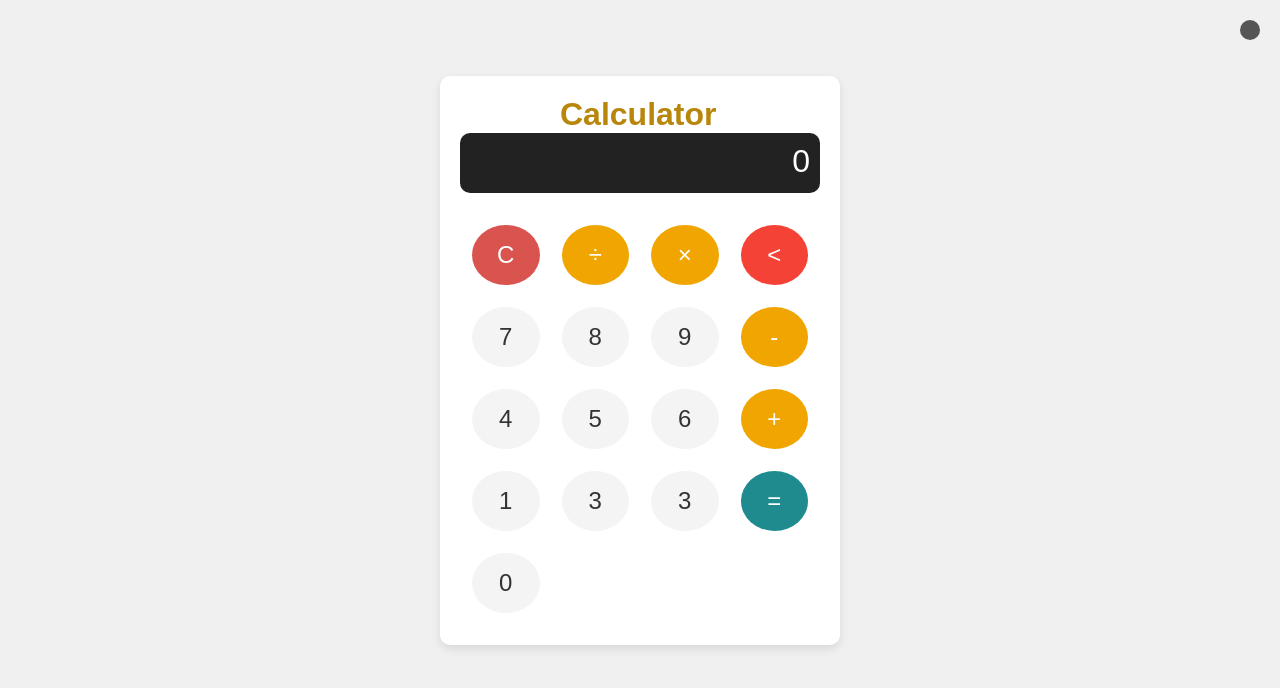
Repository: akhiranandan-04/Calculator
Page: index.html
The author's editor kept a copy of each file at every save. The page is drawn from the files as they stood at one save, then again after the next save.
The browser window is 1280 px wide. The pictures show the whole page.

Above is the page before, as saved 2024-10-09 17:19:30.

### index.html
<!DOCTYPE html>
<html lang="en">
<head>
    <meta charset="UTF-8">
    <meta name="viewport" content="width=device-width, initial-scale=1.0">
    <title>Calculator</title>
    <link rel="stylesheet" href="style.css">
</head>
<body>

    <div class="container">
        <div class="calculater dark">
            <h1>Calculator</h1>
            <div class="theme-toggler active">
                <i class="toggler-icon"></i>
            </div>
            <div class="display-screen">
                <div id="display"><h1>Calculator</h1></div>
            </div>
            <div class="buttons">
                <table>
                    <tr>
                        <td><button class="btn-operater" id="clear">C</button></td>
                        <td><button class="btn-operater" id="/">&divide;</button></td>
                        <td><button class="btn-operater" id="*">&times;</button></td>
                        <td><button class="btn-operater" id="backspace"><</button></td>
                    </tr>
                    <tr>
                        <td><button class="btn-num" id="7">7</button></td>
                        <td><button class="btn-num" id="8">8</button></td>
                        <td><button class="btn-num" id="9">9</button></td>
                        <td><button class="btn-operater" id="-">-</button></td>
                    </tr>
                    <tr>
                        <td><button class="btn-num" id="4">4</button></td>
                        <td><button class="btn-num" id="5">5</button></td>
                        <td><button class="btn-num" id="6">6</button></td>
                        <td><button class="btn-operater" id="+">+</button></td>
                    </tr>
                    <tr>
                        <td><button class="btn-num" id="1">1</button></td>
                        <td><button class="btn-num" id="2">3</button></td>
                        <td><button class="btn-num" id="3">3</button></td>
                        <td><button class="btn-equal" id="equal">=</button></td>
                    </tr>
                    <tr>
                        <td><button class="btn-num" id="0">0</button></td>

                    </tr>
                </table>
            </div>
        </div>
    </div>

    <script src="script.js"></script>

</body>
</html>

### style.css

* {
    margin: 0;
    padding: 0;
    box-sizing: border-box;
    background: linear-gradient(rgba(0,0,0,0.5) red);
}

body {
    font-family: Arial, sans-serif;
    display: flex;
    justify-content: center;
    align-items: center;
    height: 100vh;
    background-color: #f0f0f0;

}

.container {
    display: flex;
    justify-content: center;
    align-items: center;
}
h1{
    align-items: center;
    justify-content: center;
    margin-left: 100px;
    color:darkgoldenrod;
}
.calculater {
    width: 400px;
    background-color: #fff;
    border-radius: 10px;
    box-shadow: 0 4px 10px rgba(0, 0, 0, 0.1);
    padding: 20px;
}


.display-screen {
    width: 100%;
    height: 60px;
    background-color: #222;
    color: white;
    border-radius: 10px;
    text-align: right;
    padding: 10px;
    font-size: 2em;
}

.buttons {
    margin-top: 20px;
}

table {
    width: 100%;
    table-layout: fixed;
}

td {
    width: 25%;
    padding: 10px;
}

button {
    width: 100%;
    height: 60px;
    font-size: 1.5em;
    border: none;
    outline: none;
    border-radius: 10px;
    cursor: pointer;
    transition: background-color 0.3s;
    border-radius: 160%;
}


.btn-num {
    background-color: #f4f4f4;
    color: #333;
}

.btn-operater {
    background-color: #f0a500;
    color: white;
}

.btn-equal {
    background-color: #1f8b8e;
    color: white;
}

button:hover {
    opacity: 0.8;
}

#clear {
    background-color: #d9534f;
    color: white;
}

#backspace {
    background-color: #f44336;
    color: white;
}

/* Theme Toggler */
.theme-toggler {
    position: absolute;
    top: 20px;
    right: 20px;
    background-color: #222;
    color: white;
    padding: 10px;
    border-radius: 50%;
    cursor: pointer;
}

.theme-toggler.active {
    background-color: #555;
}

body.dark .calculater {
    background-color: #333;
}

body.dark .display-screen {
    background-color: #111;
}

body.dark button {
    background-color: #444;
    color: #fff;
}

body.dark #clear {
    background-color: #c9302c;
}

### script.js
const display = document.getElementById('display');
const clear = document.getElementById('clear');
const backspace = document.getElementById('backspace');
const equal = document.getElementById('equal');
const buttons = document.querySelectorAll('.btn-num, .btn-operater');

let currentInput = '';

function updateDisplay() {
    display.innerHTML = currentInput || '0';
}

buttons.forEach(button => {
    button.addEventListener('click', () => {
        const buttonText = button.innerText;

        if (button.classList.contains('btn-num') || button.classList.contains('btn-operater')) {
            currentInput += buttonText;
        }

        updateDisplay();
    });
});

backspace.addEventListener('click', () => {
    currentInput = currentInput.slice(0, -1);
    updateDisplay();
});

clear.addEventListener('click', () => {
    currentInput = '';
    updateDisplay();
});

equal.addEventListener('click', () => {
    try {
        currentInput = eval(currentInput).toString();
    } catch (e) {
        currentInput = 'Error';
    }
    updateDisplay();
});

updateDisplay();

const themeToggler = document.querySelector('.theme-toggler');

themeToggler.addEventListener('click', () => {
    document.body.classList.toggle('dark');
    themeToggler.classList.toggle('active');
});

After the next save:
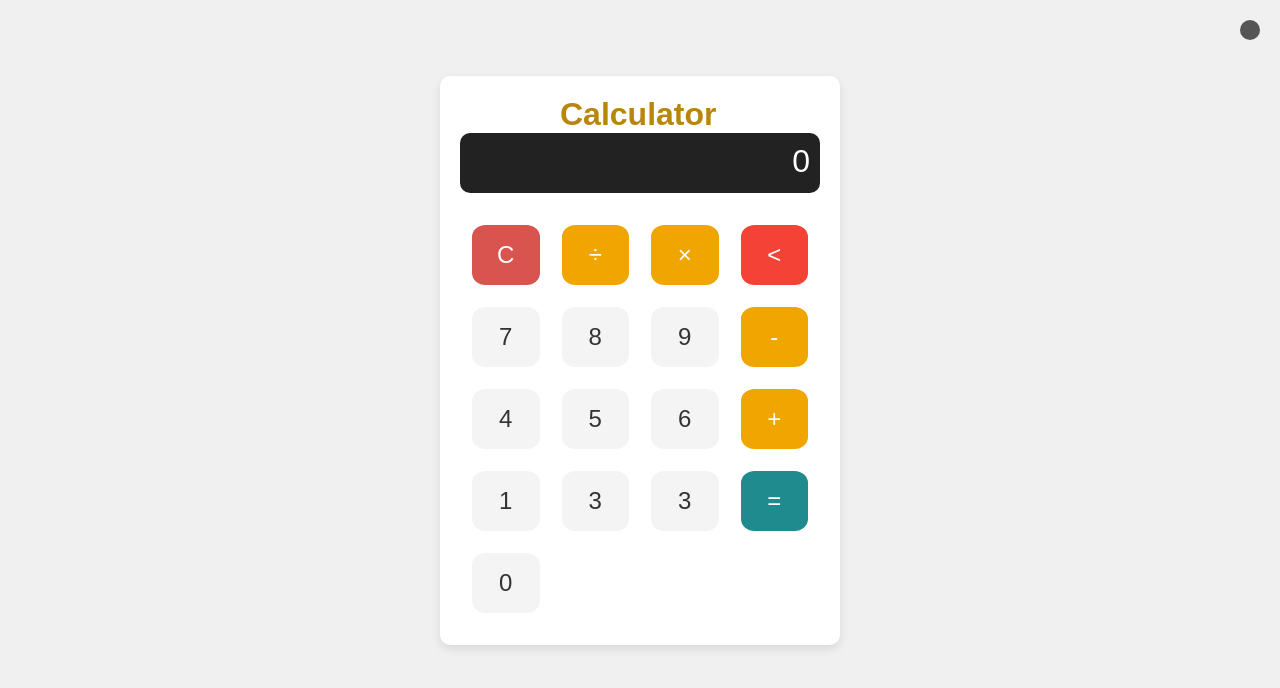
Saved 8 s later.
--- a/style.css
+++ b/style.css
@@ -70,7 +70,7 @@
     border-radius: 10px;
     cursor: pointer;
     transition: background-color 0.3s;
-    border-radius: 160%;
+    border-radius: 20%;
 }
 
 

After the save that followed:
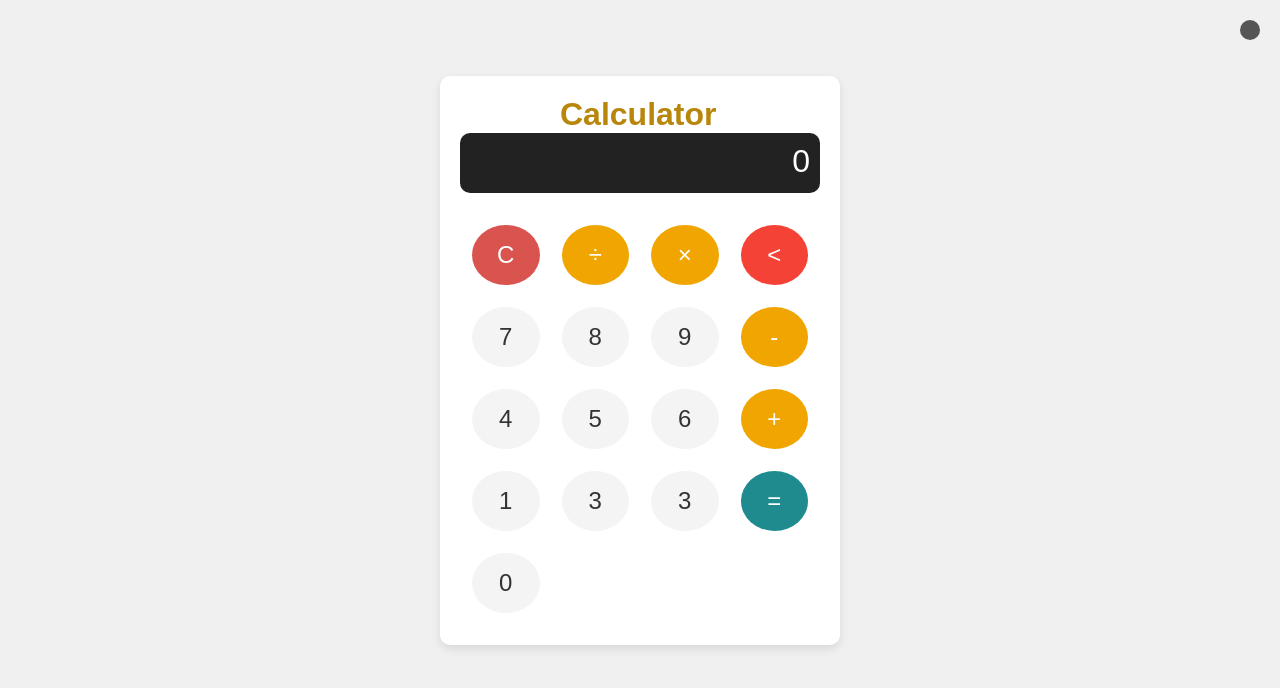
Saved 8 s later.
--- a/style.css
+++ b/style.css
@@ -70,7 +70,7 @@
     border-radius: 10px;
     cursor: pointer;
     transition: background-color 0.3s;
-    border-radius: 20%;
+    border-radius: 80%;
 }
 
 
